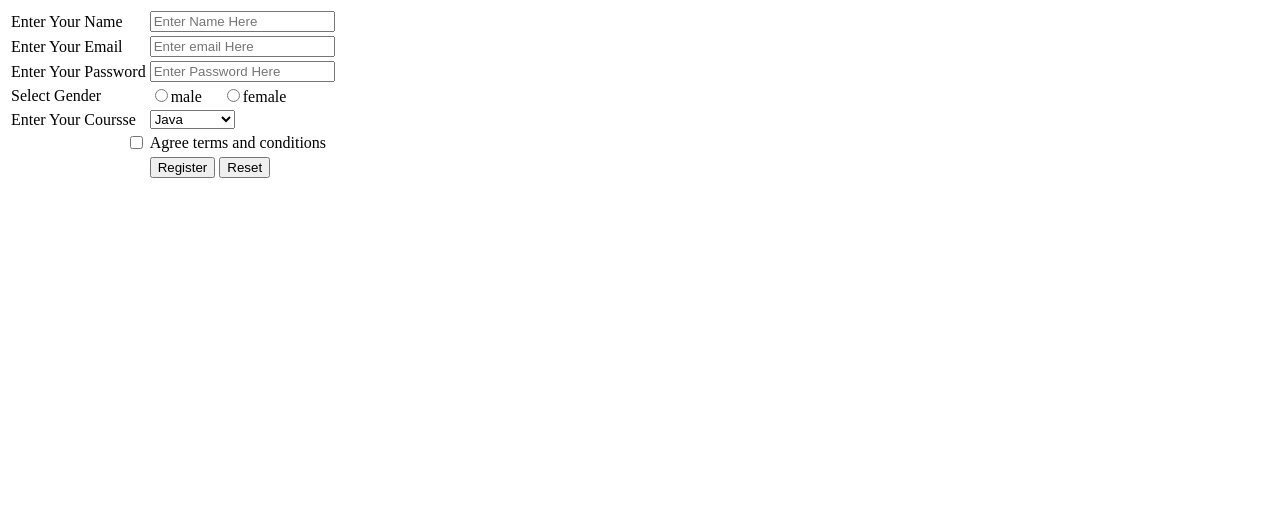
Repository: Attishgawali/JavaServletAndJSP
Page: DemoApp/src/main/webapp/form.html
An editor plug-in stored every save of this project. The page is shown before and after the next save, followed by the edit.
The browser window is 1280 px wide. The pictures show the whole page.

Above is the page before, as saved 2023-07-01 17:18:17.

After the next save:
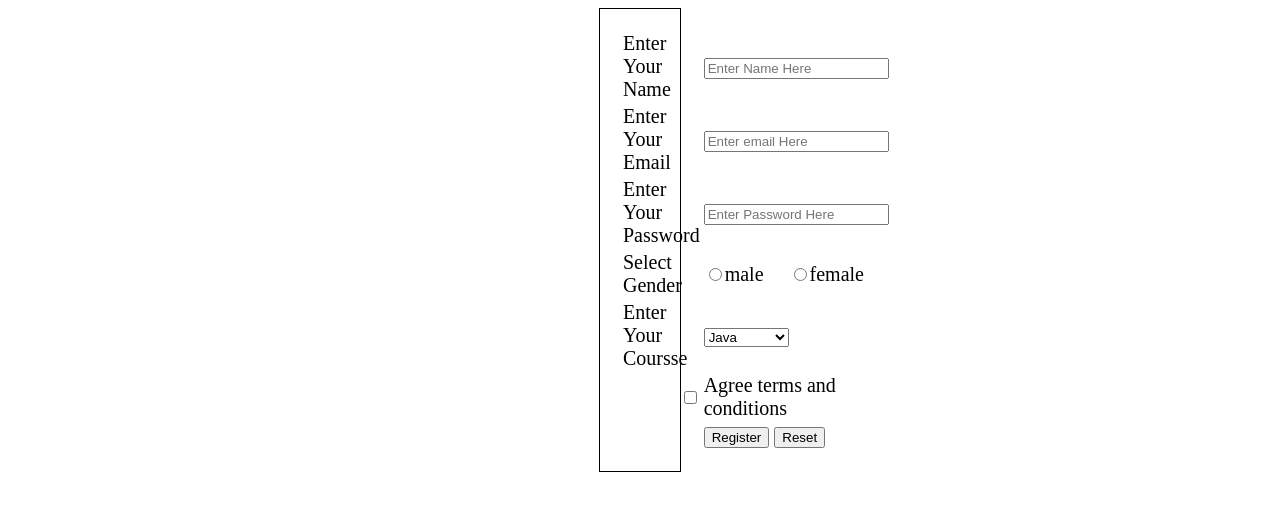
Saved 3 min 1 s later.
--- a/DemoApp/src/main/webapp/form.html
+++ b/DemoApp/src/main/webapp/form.html
@@ -3,9 +3,18 @@
 <head>
 <meta charset="UTF-8">
 <title>Fill Form</title>
+	<style>
+		.container{
+			width: 40px;
+			border: 1px solid black;
+			margin: auto;
+			padding: 20px;
+			font-size: 20px;
+		}
+	</style>
 </head>
 <body>
-	<div class="form">
+	<div class="container">
 		<table>
 			<tr>
 				<td>Enter Your Name </td>
